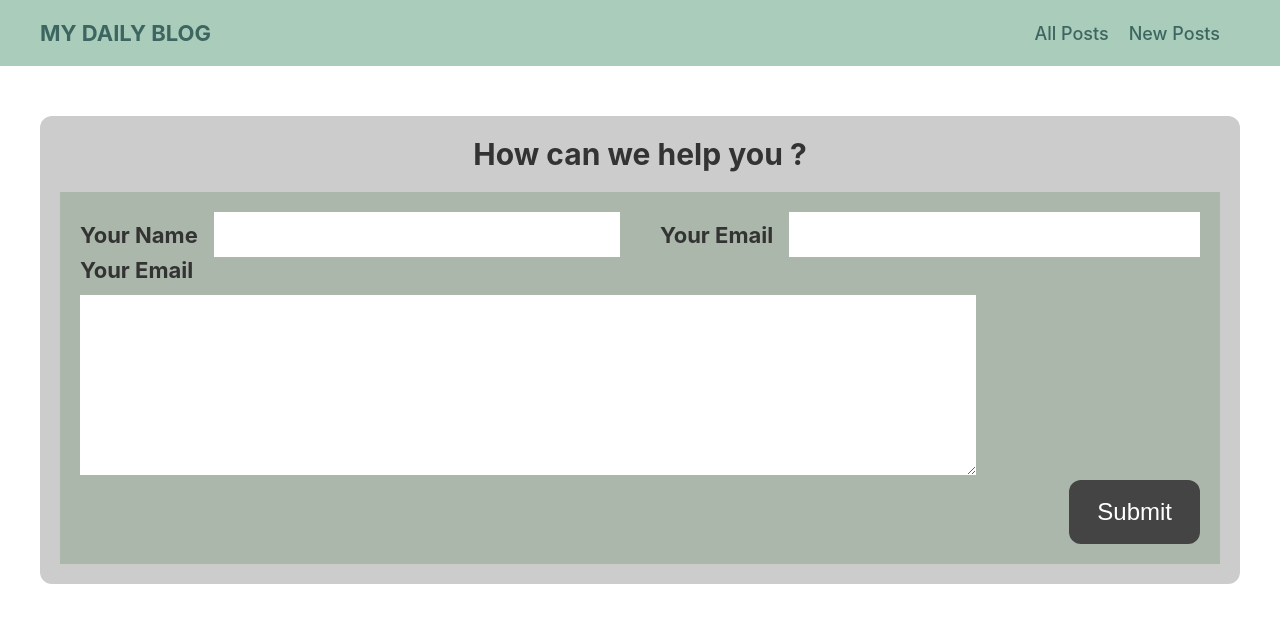
Repository: lyvandat/post-project-nextjs
Page: /new-post
These files come from the project's save history. The page is drawn as it stood at one moment and after the next save; the edit follows.
The browser window is 1280 px wide. The pictures show the whole page.
The project was rebuilt for these pictures with package versions that can differ from the ones it lists, and the page was loaded fresh each time. The framework's server and built-in components were replaced by stand-ins that run in the browser. Also part of the build but not shown: next.config.js.

Above is the page before, as saved 2022-09-26 18:42:19.

### pages/_app.tsx
import "../styles/globals.css";
import type { AppProps } from "next/app";
import Layout from "../components/layout/Layout";

function MyApp({ Component, pageProps }: AppProps) {
  return (
    <Layout>
      <Component {...pageProps} />
    </Layout>
  );
}

export default MyApp;

### pages/new-post.tsx
import NewPost from "../components/posts/NewPost";
const NewPostPage: React.FC = (props) => {
  return <NewPost />;
};

export default NewPostPage;

### styles/globals.css
:root {
  --background-green: #aacdbb;
  --light-green: #abb7ab;
  --medium-green: #8b9874;
  --high-green: #3e6660;
}

html,
body {
  color: var(--medium-green);
  padding: 0;
  margin: 0;
  font-family: -apple-system, BlinkMacSystemFont, Segoe UI, Roboto, Oxygen,
    Ubuntu, Cantarell, Fira Sans, Droid Sans, Helvetica Neue, sans-serif;
}

html {
  font-size: 62.5%;
}

body {
  font-size: 1.6rem;
}

a {
  color: inherit;
  text-decoration: none;
}

* {
  box-sizing: border-box;
  margin: 0;
  border: 0;
  padding: 0;
}

ul {
  padding-left: 0;
  list-style: none;
}

button {
  outline: none;
}

img {
  display: block;
  max-width: 100%;
}

.container {
  max-width: 1200px;
  width: 100%;
  margin-left: auto;
  margin-right: auto;
}

.container > h2 {
  text-align: center;
  color: white;
  opacity: 0.66;
  margin-bottom: 40px;
  margin-top: 10px;
  padding-top: 30px;
  font-size: 2.8rem;
  font-weight: 600;
  text-transform: capitalize;
}

.padding-section {
  padding-top: 50px;
  padding-bottom: 30px;
}

### components/layout/Layout.tsx
import React from "react";
import classes from "./Layout.module.css";
import MainNavigation from "./MainNavigation";

const Layout: React.FC<{ children: React.ReactNode }> = (props) => {
  return (
    <React.Fragment>
      <MainNavigation></MainNavigation>
      <main className={classes.main}>{props.children}</main>
    </React.Fragment>
  );
};

export default Layout;

### components/posts/NewPost.tsx
import classes from "./NewPost.module.css";

const NewPost: React.FC = (props) => {
  return (
    <section className={`${classes.contact} container`}>
      <h1> How can we help you ?</h1>
      <form className={classes.form}>
        <div className={classes.controls}>
          <div className={classes.control}>
            <label htmlFor="name">Your Name</label>
            <input id="name" type="text"></input>
          </div>
          <div className={classes.control}>
            <label htmlFor="email">Your Email</label>
            <input id="email" type="text"></input>
          </div>
        </div>
        <div className={classes.text}>
          <label htmlFor="feedback">Your Email</label>
          <textarea id="feedback" rows={12}></textarea>
        </div>
        <div className={classes.actions}>
          <button type="submit">Submit</button>
        </div>
      </form>
    </section>
  );
};

export default NewPost;

### components/layout/Layout.module.css
.main {
  width: 100%;
  margin-left: auto;
  margin-right: auto;
}

### components/layout/MainNavigation.tsx
import classes from "./MainNavigation.module.css";
import Link from "next/link";

const MainNavigation: React.FC = (props) => {
  return (
    <header className={classes["main-header"]}>
      <div className={classes.container}>
        <Link href="/">
          <a>
            <h2>My Daily Blog</h2>
          </a>
        </Link>
        <nav>
          <ul>
            <li>
              <Link href="/all-posts">All Posts</Link>
            </li>
            <li>
              <Link href="/new-post">New Posts</Link>
            </li>
          </ul>
        </nav>
      </div>
    </header>
  );
};

export default MainNavigation;

### components/posts/NewPost.module.css
.contact {
  background-color: #ccc;
  border-radius: 12px;
  padding: 20px;
  color: #333;
  font-size: 2.2rem;
  font-weight: bold;
  margin-top: 50px;
}

.contact h1 {
  font-size: 3rem;
  text-align: center;
  margin-bottom: 20px;
}

.form {
  padding: 20px;
  background-color: var(--light-green);
}

.controls {
  display: flex;
  flex-flow: row nowrap;
  justify-content: space-between;
}

.control {
  width: calc(50% - 20px);
  display: flex;
  align-items: center;
}

.control label {
  margin-right: 16px;
}

.control input {
  flex: 1;
  padding: 12px;
  font-size: 1.8rem;
}

.text textarea {
  width: 80%;
}

.text label {
  display: block;
  margin-bottom: 12px;
}

.actions button {
  display: block;
  margin-left: auto;
  font-size: 2.4rem;
  background-color: #444;
  color: #fff;
  padding: 18px 28px;
  border-radius: 12px;
}

.actions button:hover {
  background-color: #222;
}

### components/layout/MainNavigation.module.css
.main-header {
  background-color: var(--background-green);
  padding: 20px;
}

.container {
  color: var(--high-green);
  width: 100%;
  max-width: 1200px;
  display: flex;
  justify-content: space-between;
  align-items: center;
  margin: 0 auto;
}

.container h2 {
  font-size: 22px;
  font-weight: 700;
  text-transform: uppercase;
}

.container nav {
}

.container ul {
  display: flex;
  justify-content: flex-start;
}

.container li {
  margin-right: 20px;
}

.container a {
  font-weight: 600;
  font-size: 18px;
  font-weight: 500;
}

After the next save:
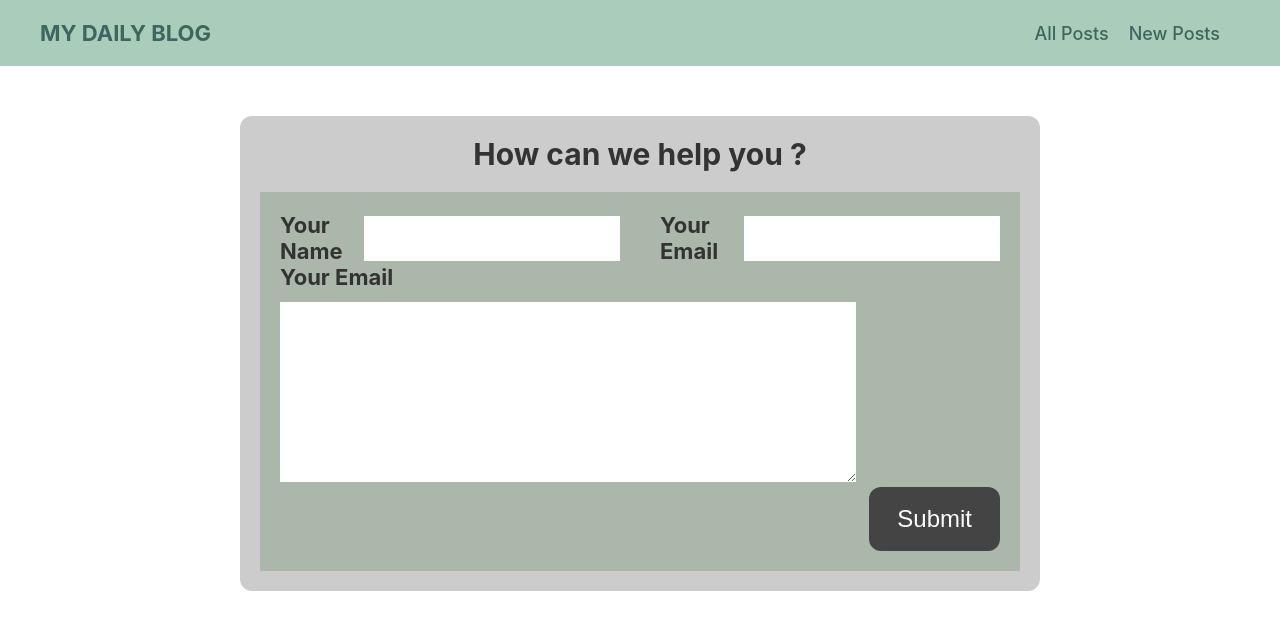
Saved 13 s later.
--- a/components/posts/NewPost.module.css
+++ b/components/posts/NewPost.module.css
@@ -6,6 +6,7 @@
   font-size: 2.2rem;
   font-weight: bold;
   margin-top: 50px;
+  max-width: 800px;
 }
 
 .contact h1 {
